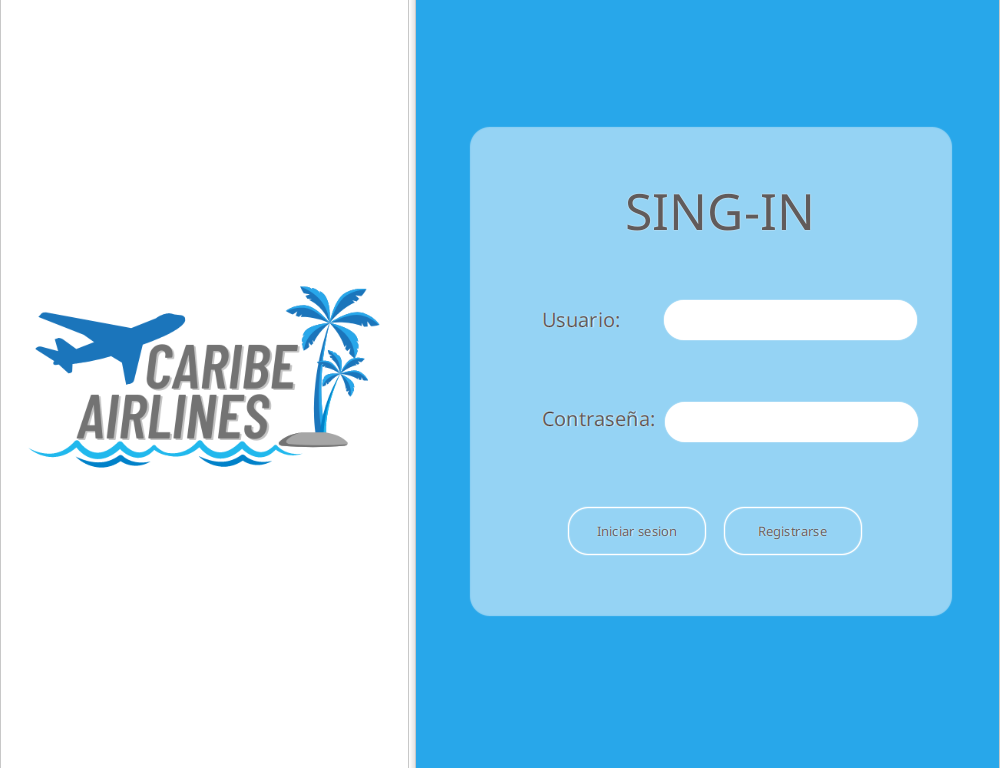
Repository: MiguelNietox/CaribeAirlines
Program's window: java workSpace/co.edu.uniquindio.estructurasDatos.ProyectoFinal/src/co/edu/uniquindio/estructurasDatos/ProyectoFinal/aplication/Aplicacion.java
These files come from the project's save history. The program's window is drawn as it stood at one moment and after the next save; the edit follows.
It runs on Java 21 on a 1366 x 768 screen with JavaFX 11; the title bar is not drawn. Parts beyond the screen are cut off. It also reads workSpace/co.edu.uniquindio.estructurasDatos.ProyectoFinal/src/co/edu/uniquindio.

Above is the program's window before, as saved 2022-04-29 07:08:51.

After the next save:
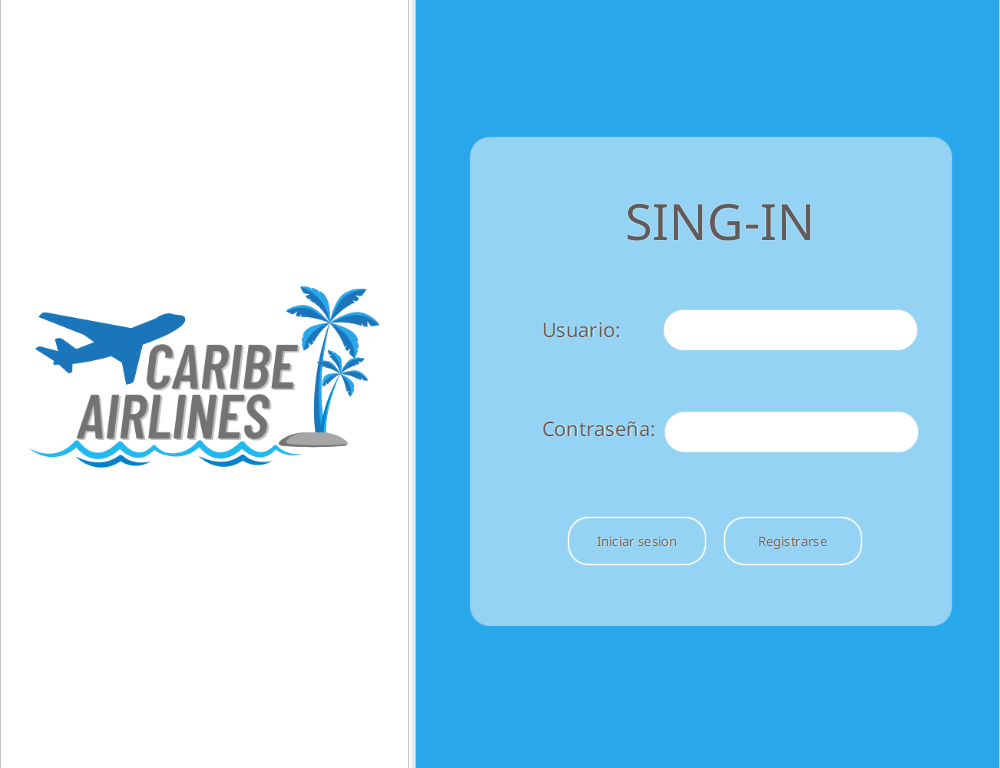
Saved 11 s later.
--- a/workSpace/co.edu.uniquindio.estructurasDatos.ProyectoFinal/src/co/edu/uniquindio/estructurasDatos/ProyectoFinal/controllers/LoginViewController.java
+++ b/workSpace/co.edu.uniquindio.estructurasDatos.ProyectoFinal/src/co/edu/uniquindio/estructurasDatos/ProyectoFinal/controllers/LoginViewController.java
@@ -100,7 +100,7 @@
 	private void mostrarPaneIniciarSesion() {
 		paneIniciarSesion.setVisible(true);
 		paneIniciarSesion.setTranslateX(-2);
-		paneIniciarSesion.setTranslateY(120);
+		paneIniciarSesion.setTranslateY(130);
 		paneRegistro.setVisible(false);
 		aparecerVentanaIniciarSesion();
 	}
